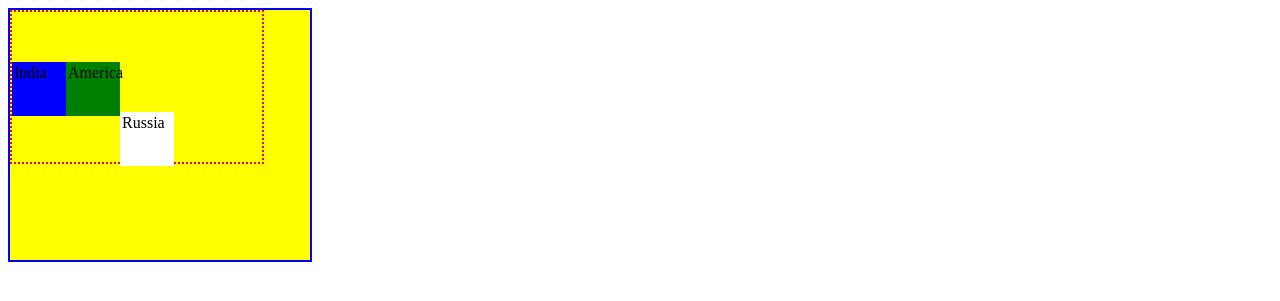
Repository: Balamurugan1914/crud_operation_without_db
Page: CSS_EXAMPLE/src/main/webapp/Boxmodel.html
These files come from the project's save history. The page is drawn as it stood at one moment and after the next save; the edit follows.
The browser window is 1280 px wide. The pictures show the whole page.

Above is the page before, as saved 2022-06-27 07:24:50.

### CSS_EXAMPLE/src/main/webapp/Boxmodel.html
<!DOCTYPE html>
<html>
<head>
<meta charset="UTF-8">
<title>Insert title here</title>
<link href="Style/boxmodel.css" type="text/css" rel="stylesheet">
</head>
<body>


<div id="outermost" class="outer">
	<div id="innermost" class="inner">
		<div id="child1" class="child">India</div>
		<div id="child2" class="child1">America</div>
		<div id="child3" class="child2">Russia</div>
	</div>
</div>

</body>
</html>

### CSS_EXAMPLE/src/main/webapp/Style/boxmodel.css
@charset "UTF-8";


.outer{

	width: 300px;
	height: 250px;
	border: 2px  solid blue;
	background-color: yellow

}

.inner{



	width: 250px;
	height: 150px;
	border: 2px  dotted red;

}

.child{
	margin-top: 50px;
	width: 50px;
	height: 50px;
	border: 2px solid blue;
	display: inline;
	float: left;
	margin-bottom: 10px;
	background-color: blue

}
.child1{

	width: 50px;
	height: 50px;
	border: 2px solid green;
	display: inline;
	float: left;
	margin-bottom: 100px;
	margin-top: 50px;
	background-color: green

}
.child2{
	margin-top: 100px;
	width: 50px;
	height: 50px;
	border: 2px solid white;
	display: inline;
	float: left;
	margin-right:80px;
	background-color: white

}

After the next save:
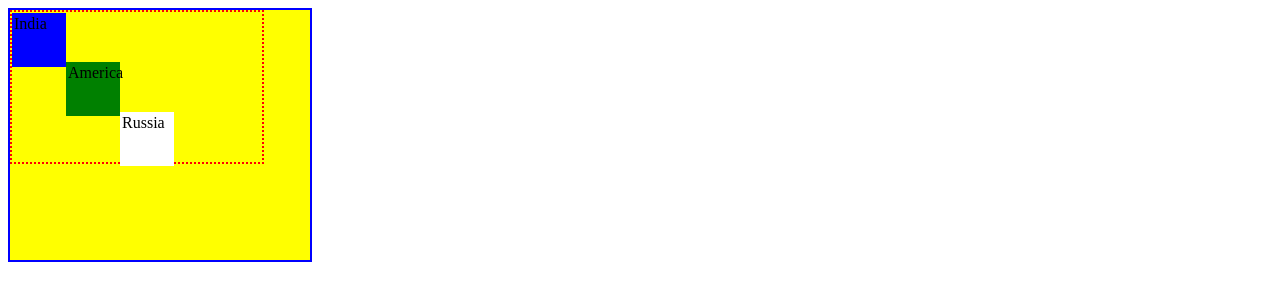
Saved 44 s later.
--- a/CSS_EXAMPLE/src/main/webapp/Style/boxmodel.css
+++ b/CSS_EXAMPLE/src/main/webapp/Style/boxmodel.css
@@ -21,7 +21,7 @@
 }
 
 .child{
-	margin-top: 50px;
+	margin-top: 1px;
 	width: 50px;
 	height: 50px;
 	border: 2px solid blue;
